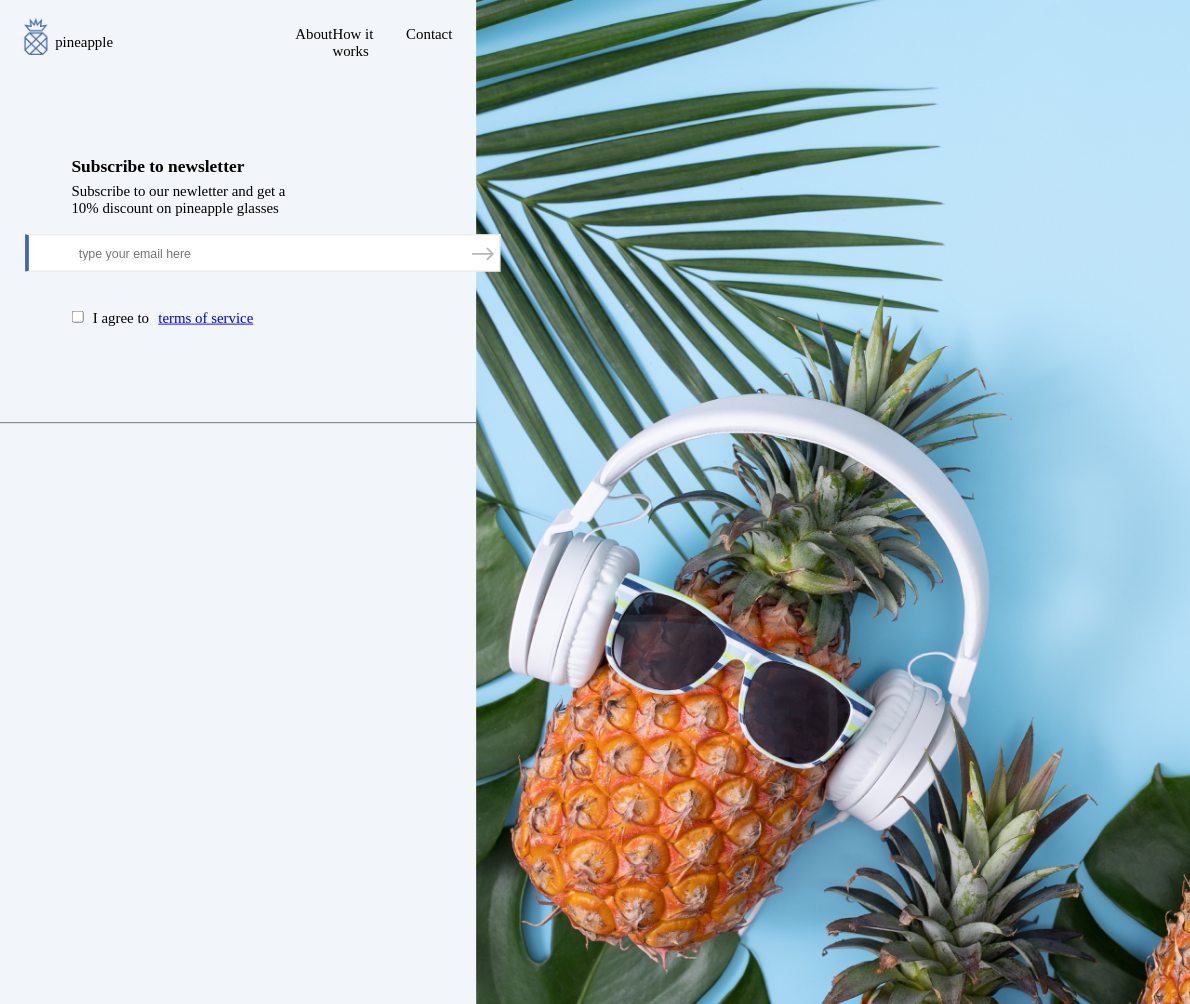
Repository: PaulsBebris/megabit-task
Page: /
These files come from the project's save history. The page is drawn as it stood at one moment and after the next save; the edit follows.
The browser window is 1280 px wide. The pictures show the whole page, at 93% of full size.
The project was rebuilt for these pictures with package versions that can differ from the ones it lists, and the page was loaded fresh each time.

Above is the page before, as saved 2021-04-19 15:05:52.

After the next save:
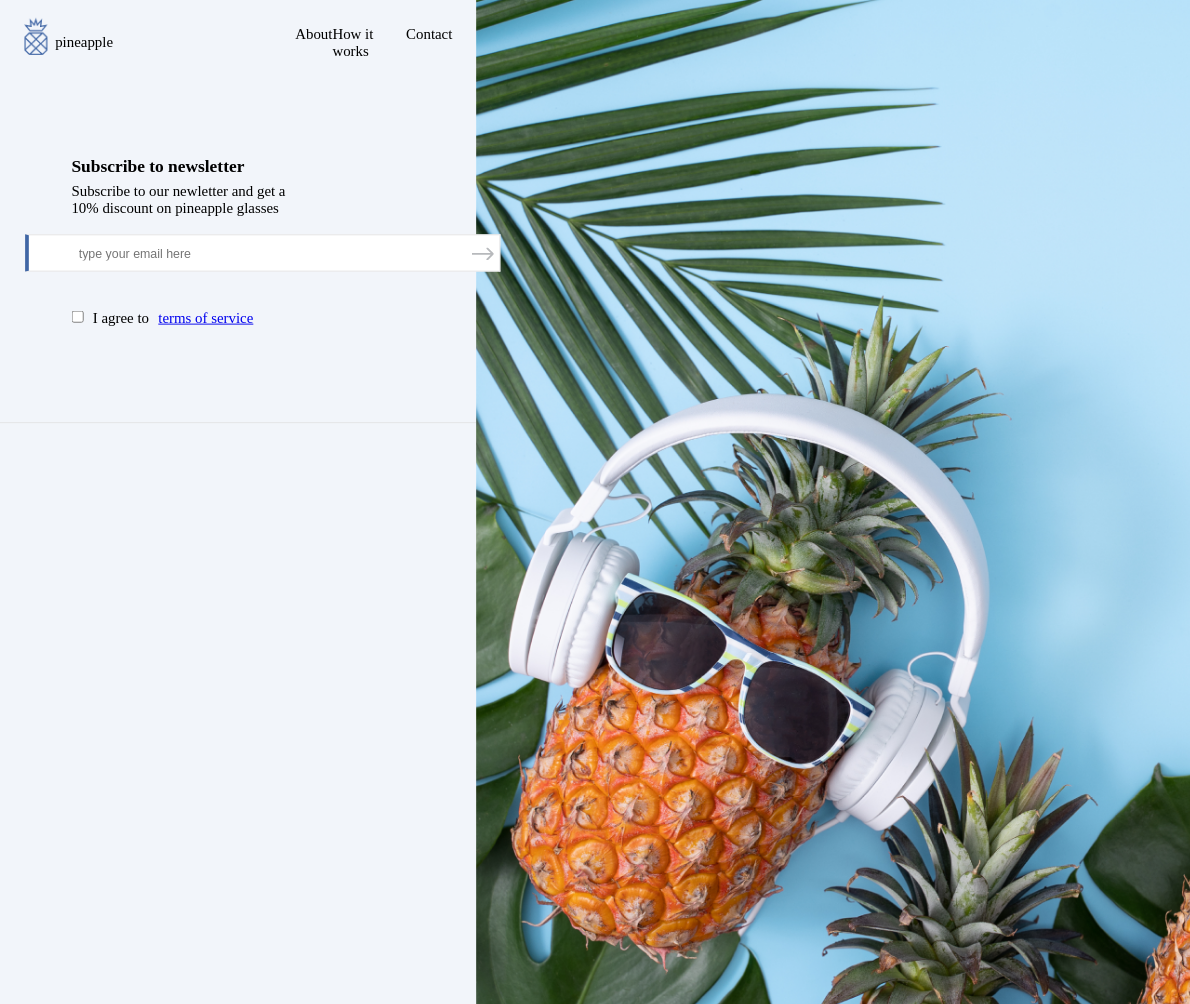
Saved 11 s later.
--- a/src/views/Home.vue
+++ b/src/views/Home.vue
@@ -158,7 +158,7 @@
   margin-top: 20%;
 }
 .separator-line {
-  border-bottom: 1px solid $grey;
+  border-bottom: 1px solid $light-grey;
 }
 
 // mobile
